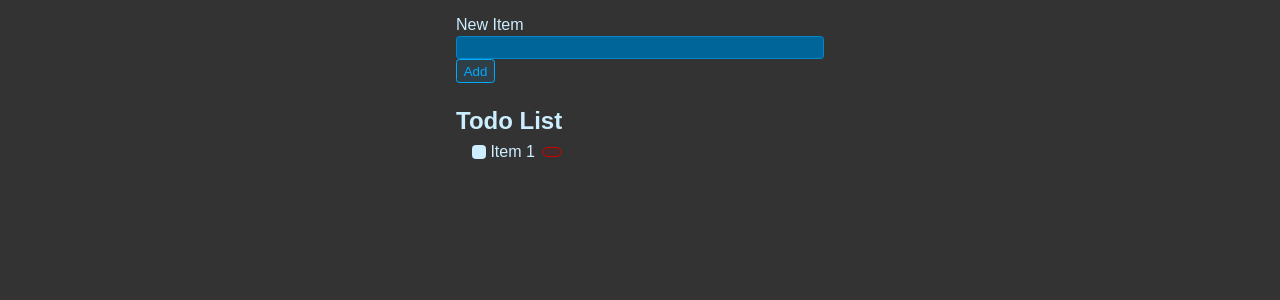
Repository: lvcg/react-todo-list-app
Page: /
An editor plug-in stored every save of this project. The page is shown before and after a run of saves, followed by the edit.
The browser window is 1280 px wide. The pictures show the whole page.
The project was rebuilt for these pictures with package versions that can differ from the ones it lists, and the page was loaded fresh each time. Also part of the build but not shown: vite.config.js.

Above is the page before, as saved 2024-02-23 13:28:24.

### src/App.jsx
import "./styles.css"

export default function App () {
  return (
  <>
  <form className="new-item-form">
    <div className="form-row">
      <label htmlfor="item">New Item </label>
      <input type="text" id="item" />
    </div>
    </form>
    <button className="btn">Add </button>
    <h1 className="header">Todo List</h1>
    <ul className="list">
      <li>
        <label>
          <input type="checkbox" />
          Item 1
        </label>
        <buttton className="btn btn-danger"
></buttton>      </li>
    </ul>
  </>
  )
}

Loaded but not shown: index.html (common file); src/main.jsx (common file); src/styles.css (common file)

After the next 2 saves:
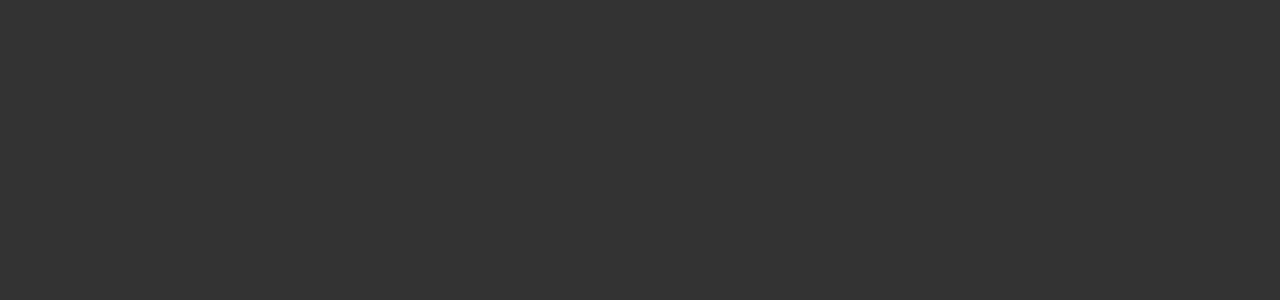
Console error: ReferenceError: Delete is not defined
The 2 saves are shown as one change because they came seconds apart.
The last was saved 7 s later.
--- a/src/App.jsx
+++ b/src/App.jsx
@@ -18,7 +18,7 @@
           Item 1
         </label>
         <buttton className="btn btn-danger"
-></buttton>      </li>
+><Delete></Delete></buttton>      </li>
     </ul>
   </>
   )

After the 3 saves that followed:
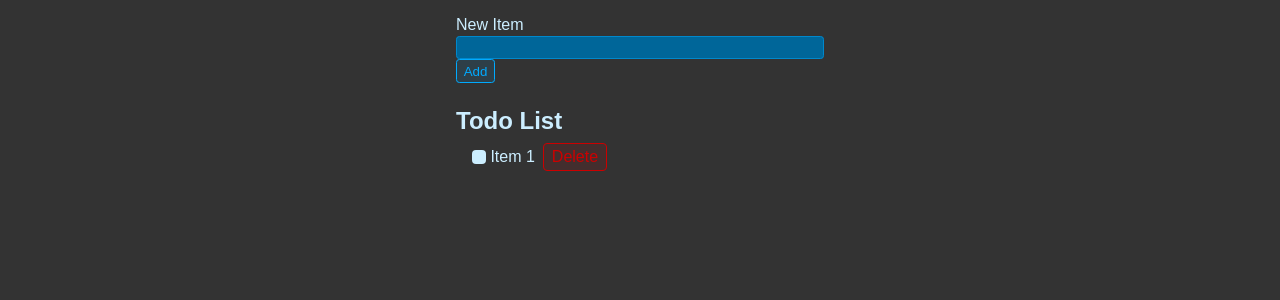
The error is gone.
The 3 saves are shown as one change because 1 did not build or start and some came seconds apart.
The last was saved 14 s later.
--- a/src/App.jsx
+++ b/src/App.jsx
@@ -18,7 +18,7 @@
           Item 1
         </label>
         <buttton className="btn btn-danger"
-><Delete></Delete></buttton>      </li>
+>Delete</buttton>      </li>
     </ul>
   </>
   )
